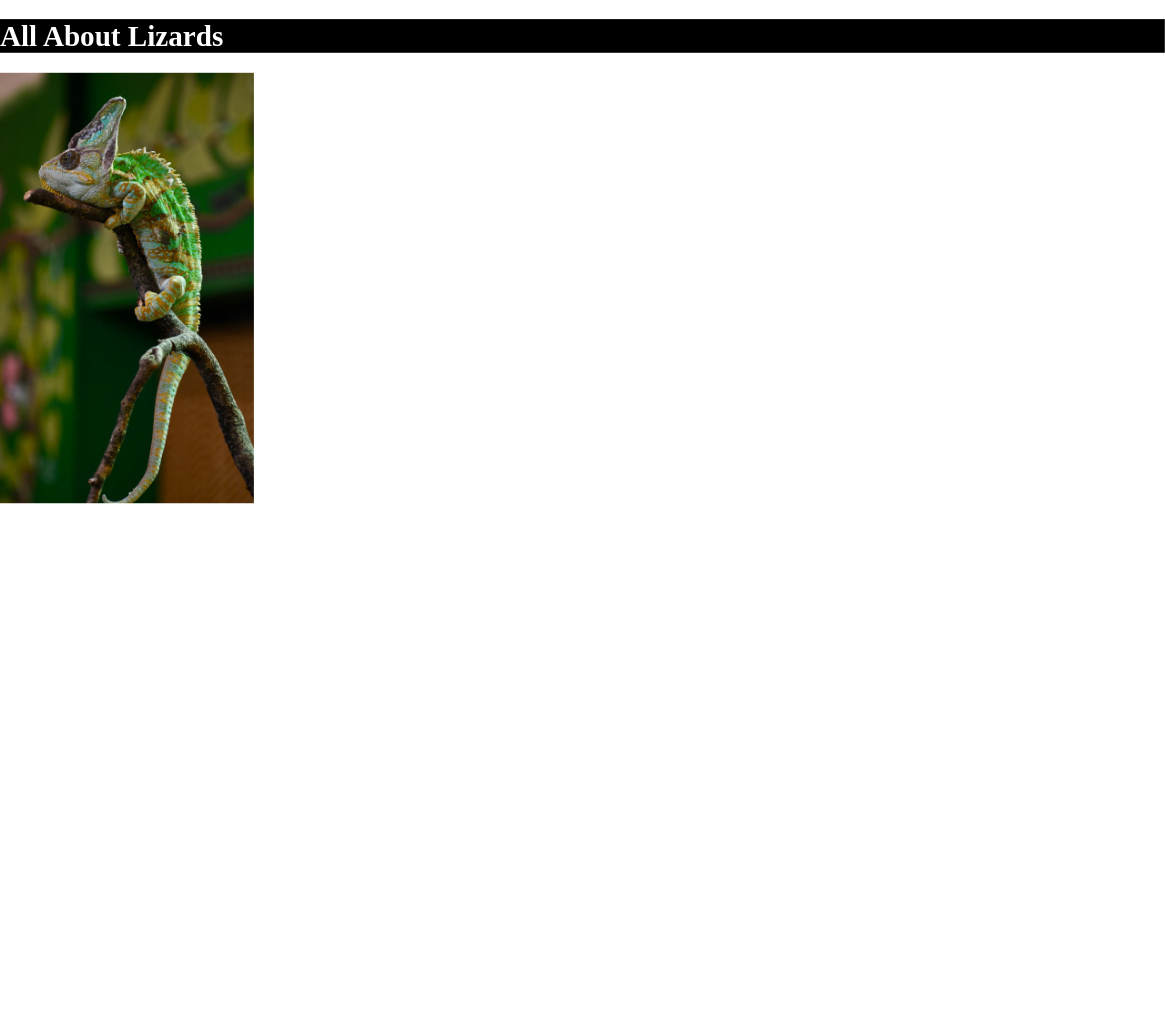
Repository: Doumham-Armah/lizards-landing--page
Page: index.html
The author's editor kept a copy of each file at every save. The page is drawn from the files as they stood at one save, then again after the next save.
The browser window is 1280 px wide. The pictures show the whole page, at 91% of full size.

Above is the page before, as saved 2021-08-10 13:29:42.

### index.html
<!DOCTYPE html>
<html>
  <head>
    <link
      rel="stylesheet"
      href="https://cdnjs.cloudflare.com/ajax/libs/normalize/8.0.1/normalize.css"
    />
    <title>All about lizards</title>
    <link href="css/style.css" rel="stylesheet" />
  </head>
  <body>
    <header>
      <h1>All About Lizards</h1>
    </header>

    <main>
      <section class="main-content">
        <img src="images/chameleon.jpg" alt="a chameleon climbing a branch" />

        <h2>Lizards are awesome</h2>
        <p>
          Lectus diam adipiscing faucibus consequat, auctor molestie a mauris.
          Cras libero risus ut enim, in purus tellus scelerisque. Nibh mattis
          dignissim lorem morbi molestie. Mauris elit at sociis varius leo,
          facilisis convallis quis. Facilisis velit, eget dolor sit arcu rhoncus
          urna quisque.
        </p>

        <!-- insert the unordered list here -->
        <ul>
          <li>dui ultricies integer</li>
          <li>eget amet consectetur</li>
          <li>interdum mattis</li>
          <li>aenean nulla diam</li>
          <li>pellentesque pellentesque duis</li>
        </ul>

        <p>
          Adipiscing dui ultricies integer interdum mattis convallis diam
          nascetur. Aliquet vel egestas egestas a, eget amet consectetur.
          Sodales velit volutpat eget eget fames elit consectetur. Lectus aenean
          nulla diam pellentesque pellentesque duis pulvinar malesuada.
        </p>
      </section>

      <aside class="sidebar">
        <h2>Best lizards for pets</h2>
        <!-- insert the ordered list here -->
        <ol>
          <li>Bearded Dragon</li>
          <li>Leopard Gecko</li>
          <li>Crested Gecko</li>
          <li>Blue-Tongue Skink</li>
          <li>Green Anole</li>
          <li>Argentine Black and White Tegu</li>
          <li>Uromastyx</li>
          <li>African Fat-Tailed Gecko</li>
          <li>Chinese Water Dragon</li>
          <li>Gold-Dust Day Gecko</li>
        </ol>
        <p>*source: everythingreptiles.com</p>
      </aside>
    </main>
  </body>
</html>

### css/style.css
body {
  margin: 0;
  color: white;
}

h1 {
  background-color: black;
}

After the next save:
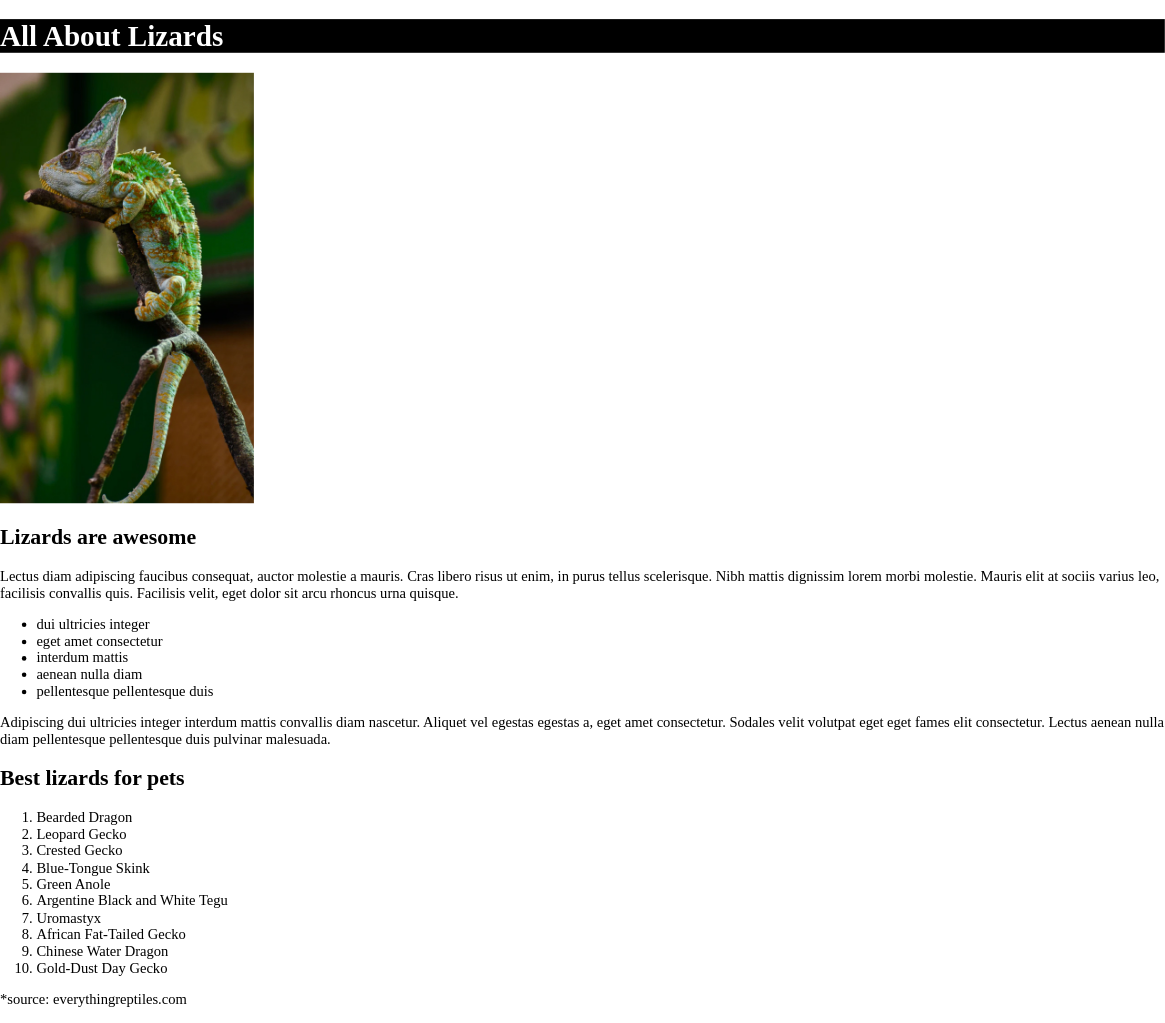
Saved 14 s later.
--- a/css/style.css
+++ b/css/style.css
@@ -1,8 +1,8 @@
 body {
   margin: 0;
-  color: white;
 }
 
 h1 {
   background-color: black;
+  color: white;
 }
